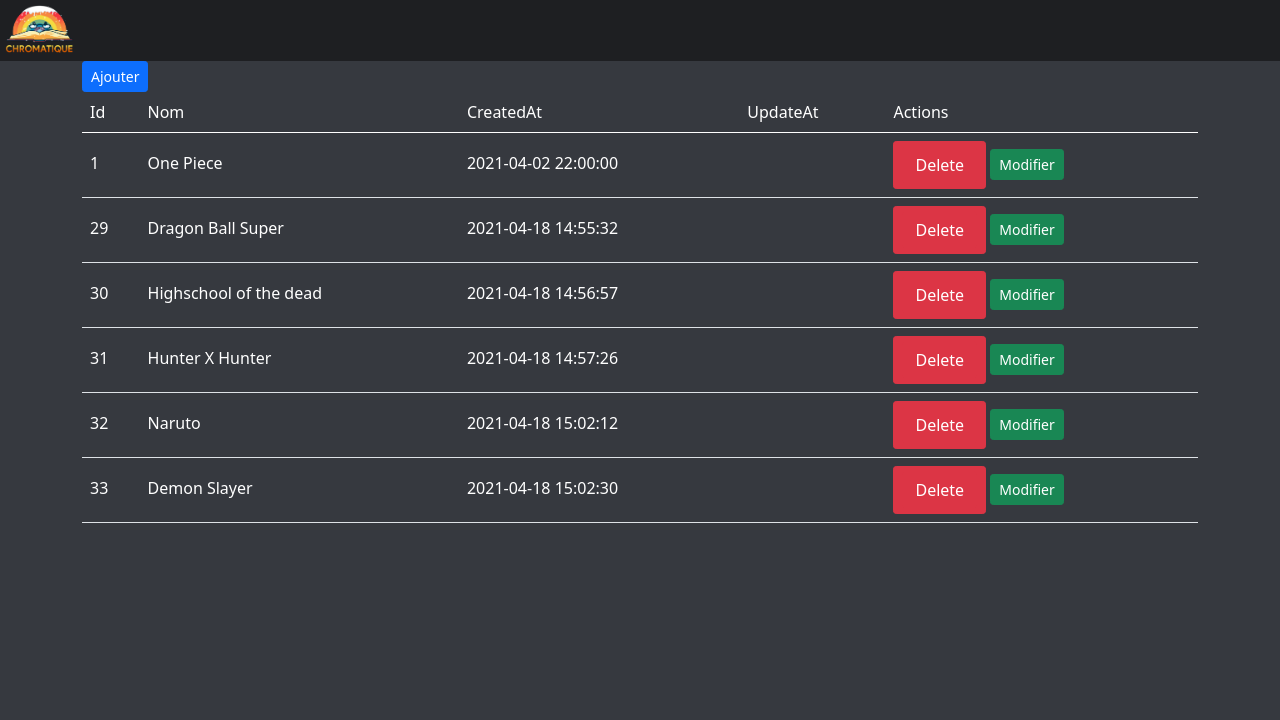
Repository: Codesieg/Chromatique
Page: http://localhost/admin
The author's editor kept a copy of each file at every save. The page is drawn from the files as they stood at one save, then again after the next save.
The browser window is 1280 px wide. The pictures show the whole page.
Some icons come from a web library that is not loaded, so they are not drawn. The page is served by the project's Laravel application, run on PHP 8.4 with Laravel 8. The database holds what the project's SQL file puts in it.

Above is the page before, as saved 2021-04-20 15:55:18.

After the next save:
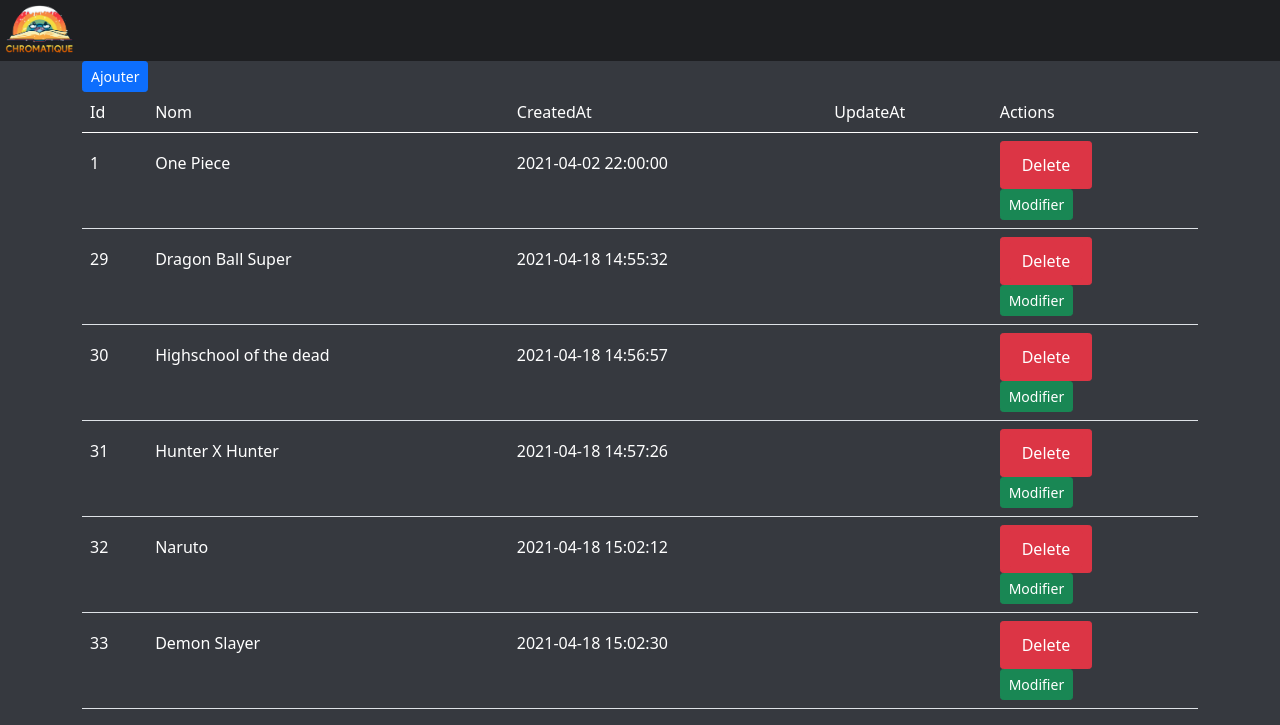
Saved 54 s later.
--- a/chromatique/resources/views/admin/browse.blade.php
+++ b/chromatique/resources/views/admin/browse.blade.php
@@ -26,13 +26,13 @@
                 <td class="text-white">{{$manga->created_at}}</td>
                 <td class="text-white">{{$manga->update_at}}</td>
                 <td>
+                    <form action="{{route('admin_delete_manga', ['id' => $manga->id])}}" method="post">
                     <button type="button" class="btn btn-danger btn-sm text-decoration-none text-white">
-                        <form action="{{route('admin_delete_manga', ['id' => $manga->id])}}" method="post">
                             <input class="btn btn-danger" type="submit" value="Delete">
                             <input type="hidden" name="_method" value="delete" />
                             <input type="hidden" name="_token" value="{{ csrf_token() }}">
+                        </button>
                         </form>
-                    </button>
                     <button type="button" class="btn btn-success btn-sm text-decoration-none text-white">
                         <a class="text-decoration-none text-white"  href="">Modifier</a>
                     </button>

After the save that followed:
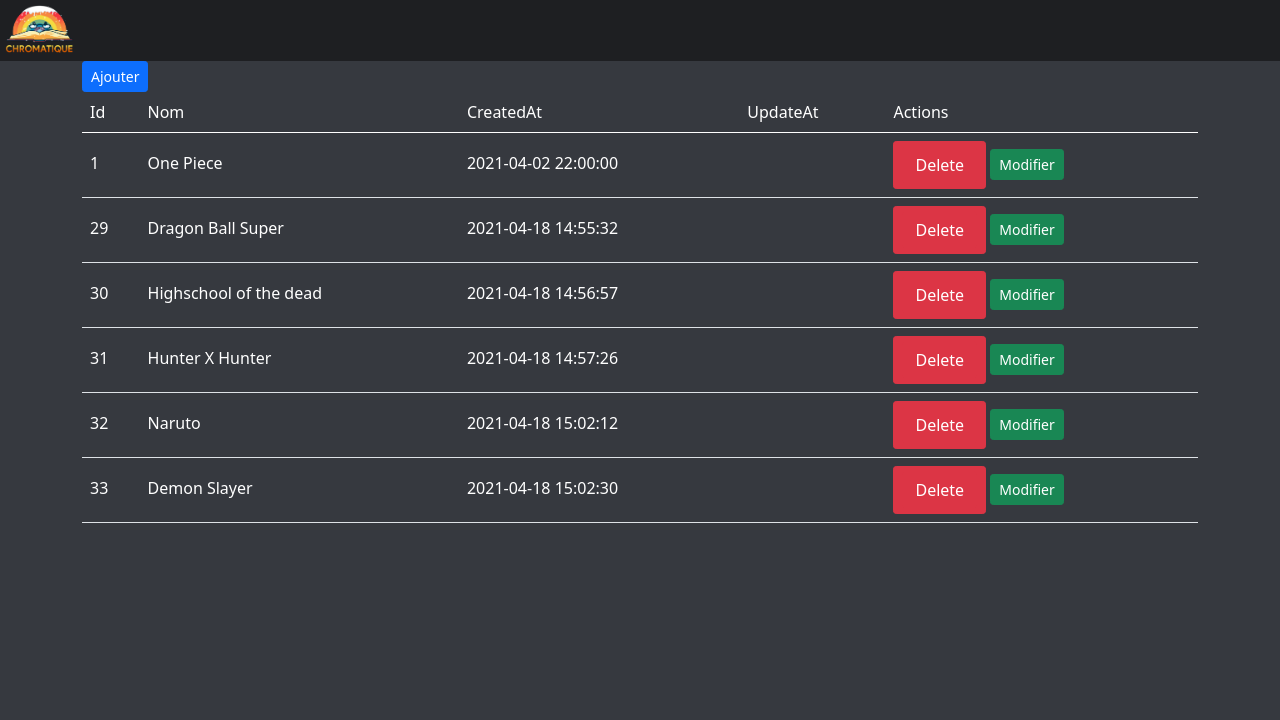
Saved 26 s later.
--- a/chromatique/resources/views/admin/browse.blade.php
+++ b/chromatique/resources/views/admin/browse.blade.php
@@ -26,13 +26,13 @@
                 <td class="text-white">{{$manga->created_at}}</td>
                 <td class="text-white">{{$manga->update_at}}</td>
                 <td>
-                    <form action="{{route('admin_delete_manga', ['id' => $manga->id])}}" method="post">
                     <button type="button" class="btn btn-danger btn-sm text-decoration-none text-white">
+                        <form action="{{route('admin_delete_manga', ['id' => $manga->id])}}" method="post">
                             <input class="btn btn-danger" type="submit" value="Delete">
                             <input type="hidden" name="_method" value="delete" />
                             <input type="hidden" name="_token" value="{{ csrf_token() }}">
-                        </button>
                         </form>
+                    </button>
                     <button type="button" class="btn btn-success btn-sm text-decoration-none text-white">
                         <a class="text-decoration-none text-white"  href="">Modifier</a>
                     </button>
